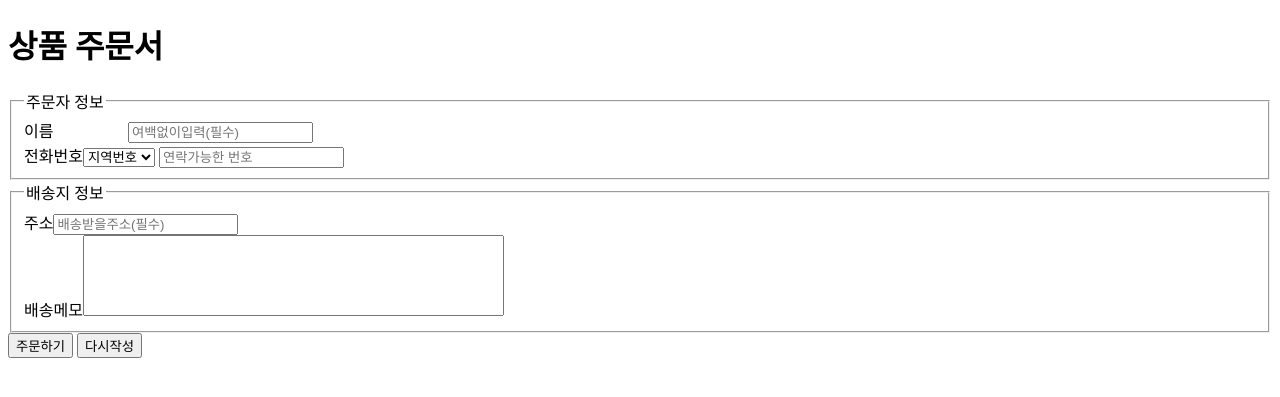
Repository: Dalso13/workspace
Page: workspace_exam/Test_1/WebContent/02_css/15_form_test.html
These files come from the project's save history. The page is drawn as it stood at one moment and after the next save; the edit follows.
The browser window is 1280 px wide. The pictures show the whole page.

Above is the page before, as saved 2023-03-16 01:50:28.

After the next save:
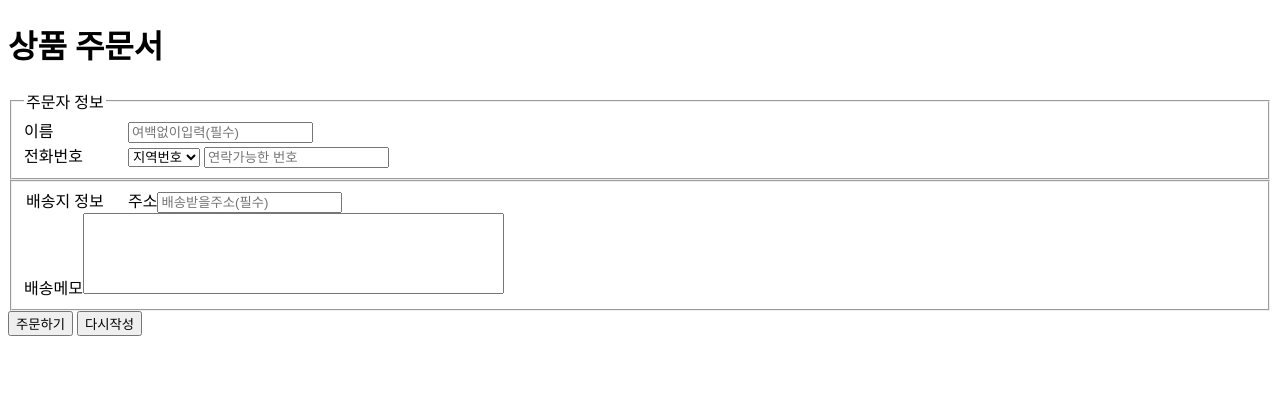
Saved 64 s later.
--- a/workspace_exam/Test_1/WebContent/02_css/15_form_test.html
+++ b/workspace_exam/Test_1/WebContent/02_css/15_form_test.html
@@ -25,7 +25,8 @@
 	<input type="text" placeholder="여백없이입력(필수)">
 	</div>
 	<div>
-	전화번호<select>
+	<label>전화번호</label>
+		<select>
 			<option>지역번호</option>
 			<option value="02">02</option>
 			<option value="031">031</option>
@@ -37,7 +38,7 @@
 
 
 	<fieldset>
-	<legend>배송지 정보</legend>
+	<label><legend>배송지 정보</legend></label>
 	주소<input type="text" placeholder="배송받을주소(필수)"><br>
 	배송메모<textarea rows="5" cols="50" style="resize: none"></textarea>
 	</fieldset>
